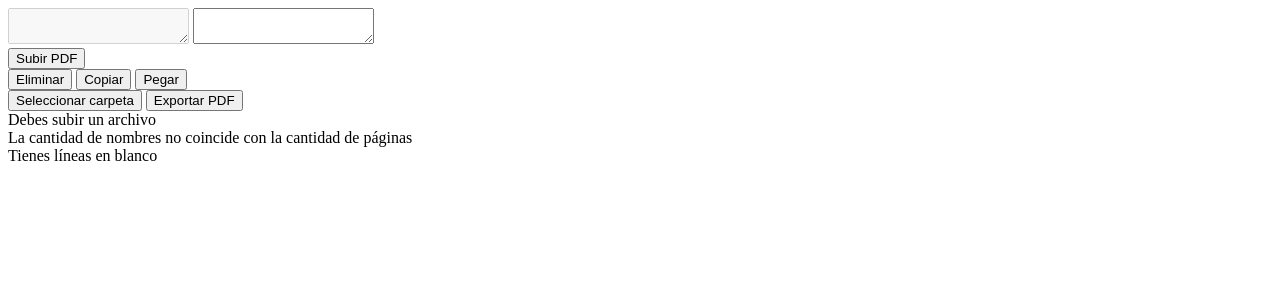
Repository: d3v0l0p3rs/pdf-spliteador
Page: src/index.html
These files come from the project's save history. The page is drawn as it stood at one moment and after the next save; the edit follows.
The browser window is 1280 px wide. The pictures show the whole page.

Above is the page before, as saved 2020-10-21 18:06:12.

### src/index.html
<!DOCTYPE html>
<html>
  <head>
    <meta charset="UTF-8">
    <title>Separador de PDFs</title>
  </head>
  <body>
    <div id="main-content">
      <div id="text-areas">
        <textarea id="number-lines" name="number-lines" disabled></textarea>
        <textarea id="name-lines" name="name-lines"></textarea>
      </div>
      <div id="actions">
        <div id="buttons">
          <button type="button" id="upload-pdf" class="action-row btn btn-primary">Subir PDF</button>
          <input type="file" id="upload-pdf-input" name="upload-pdf" accept=".pdf" class="action-row btn btn-primary" style="display: none;">
          <div id="text-actions" class="action-row btn-group" role="group">
            <button type="button" id="delete-text" class="text-action btn btn-danger">Eliminar</button>
            <button type="button" id="copy-text" class="text-action btn btn-info">Copiar</button>
            <button type="button" id="paste-text" class="text-action btn btn-warning">Pegar</button>
          </div>
          <button type="button" id="choose-folder" class="action-row btn btn-primary">Seleccionar carpeta</button>
          <button type="button" id="export-pdf" class="action-row btn btn-primary">Exportar PDF</button>
        </div>
        <div id="messages">
          <div id="upload-file-warning" class="alert alert-warning" role="alert">
            Debes subir un archivo
          </div>
          <div id="not-line-match-warning" class="alert alert-warning hide" role="alert">
            La cantidad de nombres no coincide con la cantidad de páginas
          </div>
          <div id="blank-lines-warning" class="alert alert-warning hide" role="alert">
            Tienes líneas en blanco
          </div>
        </div>
      </div>
    </div>
  </body>
</html>

After the next save:
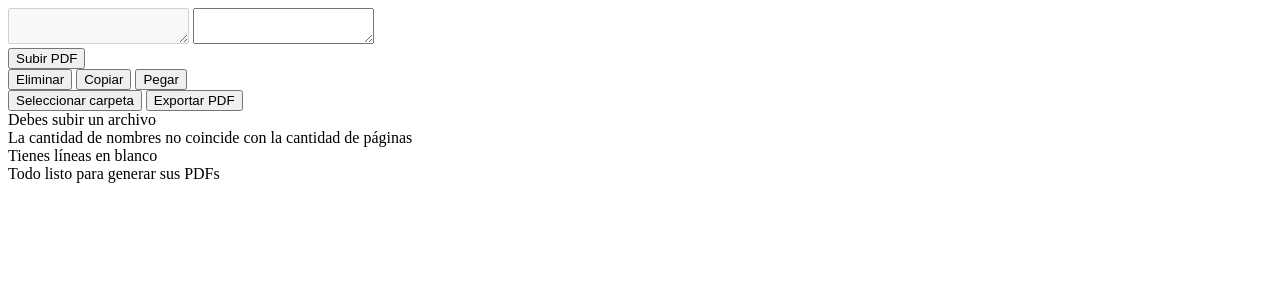
Saved 87 s later.
--- a/src/index.html
+++ b/src/index.html
@@ -32,6 +32,9 @@
           <div id="blank-lines-warning" class="alert alert-warning hide" role="alert">
             Tienes líneas en blanco
           </div>
+          <div id="everything-ready-success" class="alert alert-success" role="alert">
+            Todo listo para generar sus PDFs
+          </div>
         </div>
       </div>
     </div>
